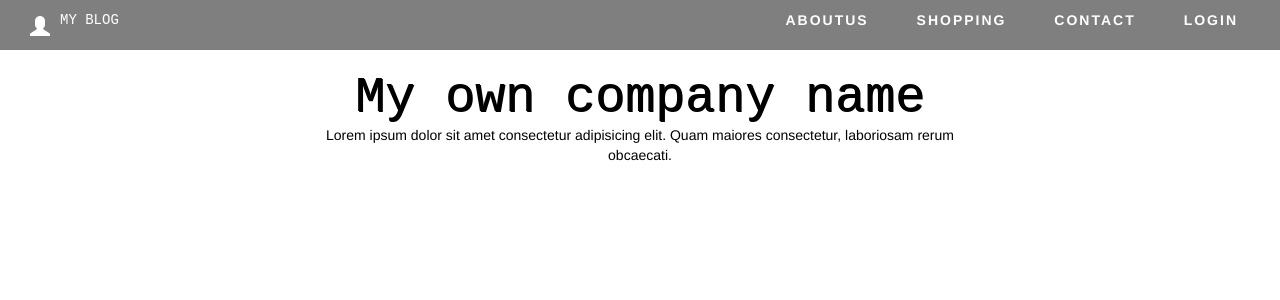
Repository: alikahwaji/HTML-CSS
Page: index.html
An editor plug-in stored every save of this project. The page is shown before and after the next save, followed by the edit.
The browser window is 1280 px wide. The pictures show the whole page.

Above is the page before, as saved 2019-10-07 14:40:16.

### index.html
<!DOCTYPE html>
  <head>
    <meta charset="utf-8">
    <meta http-equiv="X-UA-Compatible" content="IE=edge">
    <title></title>
    <meta name="description" content="">
    <meta name="viewport" content="width=device-width, initial-scale=1">
    <link rel="stylesheet" href="https://maxcdn.bootstrapcdn.com/bootstrap/3.3.7/css/bootstrap.min.css">
    <link rel="stylesheet" href="./style.css">
  </head>
  <body>
    <header>
      <div>
        <i class="glyphicon glyphicon-user"></i>
        <p>MY BLOG</p>
      </div>
      <nav>
        <ul>
          <li><a href="#">Aboutus</a></li>
          <li><a href="#">Shopping</a></li>
          <li><a href="#">Contact</a></li>
          <li><a href="#">Login</a></li>
        </ul>
      </nav>
    </header>

    <section class="titles">
      <h1>My own company name</h1>
      <p>Lorem ipsum dolor sit amet consectetur adipisicing elit.
        Quam maiores consectetur, laboriosam rerum obcaecati.</p>
    </section>

    <section class="container-boxes">

    </section>
  </body>
</html>

### style.css
header{
  display: flex;
  justify-content: space-between;
  color: white;
  background: rgba(0, 0, 0, 0.5)
}

header div {
  display: flex;
  justify-content: space-between;
  align-items: center;
  font-family: 'Courier New', Courier, monospace;
  margin: 0 2rem;
}

header div i {
  font-size: 2rem;
  margin: 1rem;
}

header nav {
  padding: 1rem 2rem;
}

nav ul li {
  list-style: none;
  display: inline;
  text-transform: uppercase;
  font-weight: bold;
  letter-spacing: 2px;
  padding: 2px;
}

nav li a {
  padding: 1rem;
  margin: 1rem;
  text-decoration: none;
  color: white;
  transition: all 250ms ease-in;
}

nav li a:hover{
  background: rgba(255, 255, 255, .3);
  color: black;
}

.titles{
  color: black;
  text-align: center;
  width: 50vw;
  margin: 0 auto;
}

.titles h1 {
  font-family: 'Courier New', Courier, monospace;
  font-size: 5rem;
  margin-bottom: 0;
  text-shadow: 1px 1px 0 black;
}

After the next save:
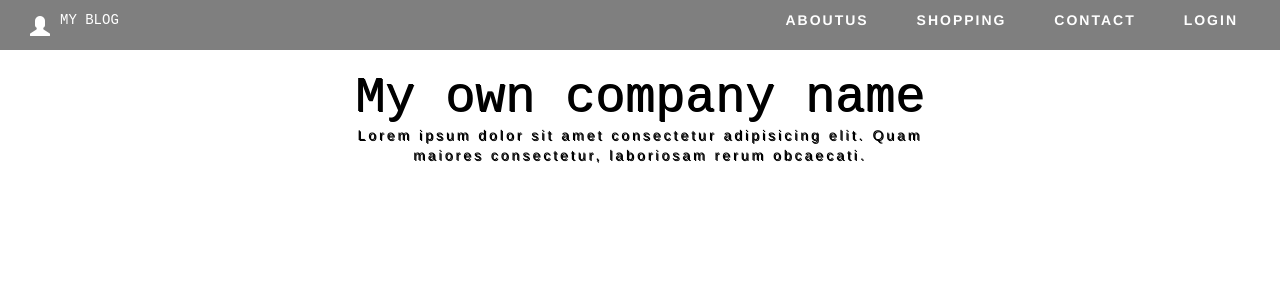
Saved 46 s later.
--- a/style.css
+++ b/style.css
@@ -57,3 +57,8 @@ nav li a:hover{
   margin-bottom: 0;
   text-shadow: 1px 1px 0 black;
 }
+
+.titles p {
+  letter-spacing: 3px;
+  text-shadow: 1px 1px 0 black;
+}
